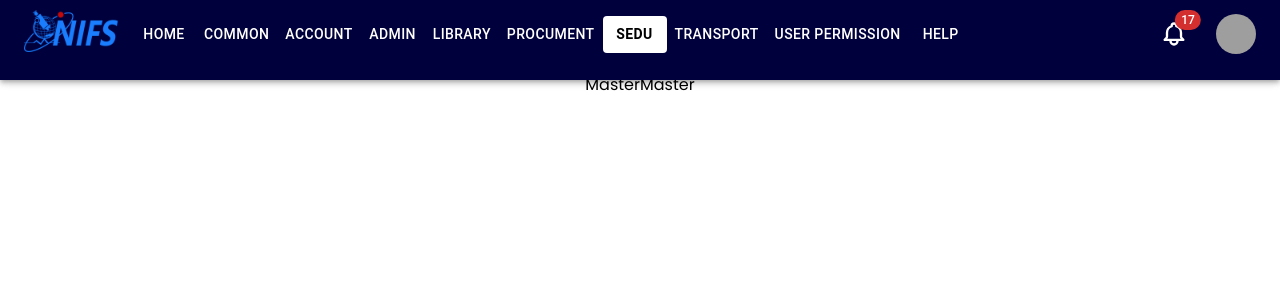
Repository: virangaj/NIFS-WebApp
Page: /sedu (app in client/)
The author's editor kept a copy of each file at every save. The page is drawn from the files as they stood at one save, then again after the next save.
The browser window is 1280 px wide. The pictures show the whole page.
Pictures or frames that could not be fetched are drawn as grey boxes. The project was rebuilt for these pictures with package versions that can differ from the ones it lists, and the page was loaded fresh each time. Also part of the build but not shown: client/src/pages/Login.tsx, client/src/pages/Home.tsx, client/src/components/Transport/shared/TransportNavbar.js, client/src/pages/TransportMainPage.tsx, client/src/pages/CommonMainPage.tsx, client/src/pages/AccountMainPage.tsx, client/src/pages/AdminMainPage.tsx, client/src/pages/LibraryMainPage.js and 4 more.

Above is the page before, as saved 2022-07-27 00:37:09.

### client/public/index.html
<!DOCTYPE html>
<html lang="en">
	<head>
		<meta charset="utf-8" />
		<link rel="icon" href="nifs_logo.png" />
		<meta name="viewport" content="width=device-width, initial-scale=1" />
		<meta name="theme-color" content="#000000" />
		<meta
			name="description"
			content="Web site created using create-react-app"
		/>
		<link rel="apple-touch-icon" href="%PUBLIC_URL%/logo192.png" />
		<!--
      manifest.json provides metadata used when your web app is installed on a
      user's mobile device or desktop. See https://developers.google.com/web/fundamentals/web-app-manifest/
    -->
		<link rel="manifest" href="%PUBLIC_URL%/manifest.json" />
		<!--
      Notice the use of %PUBLIC_URL% in the tags above.
      It will be replaced with the URL of the `public` folder during the build.
      Only files inside the `public` folder can be referenced from the HTML.

      Unlike "/favicon.ico" or "favicon.ico", "%PUBLIC_URL%/favicon.ico" will
      work correctly both with client-side routing and a non-root public URL.
      Learn how to configure a non-root public URL by running `npm run build`.
    -->
		<link
			href="https://fonts.googleapis.com/css?family=Poppins"
			rel="stylesheet"
		/>
		<title>NIFS Dashboard</title>
	</head>
	<body>
		<noscript>You need to enable JavaScript to run this app.</noscript>
		<div id="root"></div>
		<!--
      This HTML file is a template.
      If you open it directly in the browser, you will see an empty page.

      You can add webfonts, meta tags, or analytics to this file.
      The build step will place the bundled scripts into the <body> tag.

      To begin the development, run `npm start` or `yarn start`.
      To create a production bundle, use `npm run build` or `yarn build`.
    -->
	</body>
</html>

### client/src/index.css
* {
  margin: 0;
}

body {
  font-family: 'Poppins';
  -webkit-font-smoothing: antialiased;
  -moz-osx-font-smoothing: grayscale;
}

:root {
  --main-navbar-back: #00003c;

}


.nav-logo {
  width: 100px;
  height: auto;
}

/* main navbar */
.main-navbar {
  background-color: var(--main-navbar-back) !important;
  width: 100% !important;
  height: 80px !important;

}



/* secondary navbar */
.secondary-navbar {
  margin-top: 10vh !important;
  margin: auto;
}

.flex-section {
  display: flex;
  justify-content: center;
}

/* body content */
.body-content {
  margin: auto;
  width: 90%;
  margin-top: 10vh;

}

.sub-body-content {
  margin: auto;
  width: 90%;
  margin-top: 3vh;
}

### client/src/App.tsx
import React, { useEffect } from 'react';
import Navbar from './components/shared/Navbar';
import Login from './pages/Login'
import { BrowserRouter as Router, Route, Routes } from 'react-router-dom'
import Home from './pages/Home';
import TransportMainPage from './pages/TransportMainPage';
import CommonMainPage from './pages/CommonMainPage';
import AccountMainPage from './pages/AccountMainPage';
import AdminMainPage from './pages/AdminMainPage';
import LibraryMainPage from './pages/LibraryMainPage';
import ProcumentMainPage from './pages/ProcumentMainPage';
import SeduMainPage from './pages/SeduMainPage';
import UserPermissionMainPage from './pages/UserPermissionMainPage';
import NotificationMainPage from './pages/NotificationMainPage';
import HelpMainPage from './pages/HelpMainPage';

function App() {


  return (
    <Router>
      <Navbar />
      <Routes>

        <Route path="/login" element={<Login />} />
        <Route path="/" element={<Home />} />
        <Route path="/common/*" element={<CommonMainPage />} />
        <Route path="/account/*" element={<AccountMainPage />} />
        <Route path="/admin/*" element={<AdminMainPage />} />
        <Route path="/library/*" element={<LibraryMainPage />} />
        <Route path="/procument/*" element={<ProcumentMainPage />} />
        <Route path="/sedu/*" element={<SeduMainPage />} />
        <Route path="/transport/*" element={<TransportMainPage />} />
        <Route
          path="/user-permission/*"
          element={<UserPermissionMainPage />}
        />
        <Route
          path="/notification/*"
          element={<NotificationMainPage />}
        />
        <Route path="/help/*" element={<HelpMainPage />} />
      </Routes>


    </Router>
  );
}

export default App;

### client/src/components/shared/Navbar.tsx
import * as React from 'react';
import AppBar from '@mui/material/AppBar';
import Box from '@mui/material/Box';
import Toolbar from '@mui/material/Toolbar';
import IconButton from '@mui/material/IconButton';
import Typography from '@mui/material/Typography';
import Menu from '@mui/material/Menu';
import Container from '@mui/material/Container';
import Avatar from '@mui/material/Avatar';
import Button from '@mui/material/Button';
import Tooltip from '@mui/material/Tooltip';
import MenuItem from '@mui/material/MenuItem';
import { HiMenuAlt2, HiOutlineBell } from "react-icons/hi";
import Badge from '@mui/material/Badge';
import Logo from '../../images/nifs_logo.png'
import { Link, useLocation } from 'react-router-dom';
const pages = [
    {
        id: 0,
        title: 'Home',
        link: '/',
    },
    {
        id: 1,
        title: 'Common',
        link: '/common',
    },
    {
        id: 2,
        title: 'Account',
        link: '/account',
    },
    {
        id: 3,
        title: 'Admin',
        link: '/admin',
    },
    {
        id: 4,
        title: 'Library',
        link: '/library',
    },
    {
        id: 5,
        title: 'Procument',
        link: '/procument',
    },
    {
        id: 6,
        title: 'SEDU',
        link: '/sedu',
    },
    {
        id: 7,
        title: 'Transport',
        link: '/transport',
    },
    {
        id: 8,
        title: 'User Permission',
        link: '/user-permission',
    },
    // {
    //     id: 9,
    //     title: 'Notification',
    //     link: '/notification',
    // },
    {
        id: 10,
        title: 'Help',
        link: '/help',
    },
];
const settings = [
    {
        id: 0,
        title: 'Login',
        link: '/login',
    },
];
const Navbar = () => {

    const location: any = useLocation();
    console.log(location.pathname.split('/')[1])


    const [anchorElNav, setAnchorElNav] = React.useState<null | HTMLElement>(null);
    const [anchorElUser, setAnchorElUser] = React.useState<null | HTMLElement>(null);

    const handleOpenNavMenu = (event: React.MouseEvent<HTMLElement>) => {
        setAnchorElNav(event.currentTarget);
    };
    const handleOpenUserMenu = (event: React.MouseEvent<HTMLElement>) => {
        setAnchorElUser(event.currentTarget);
    };

    const handleCloseNavMenu = () => {
        setAnchorElNav(null);
    };

    const handleCloseUserMenu = () => {
        setAnchorElUser(null);
    };

    return (
        <AppBar position="fixed" className="main-navbar">
            <Container maxWidth="xl">
                <Toolbar disableGutters>
                    {/*Responsive view start here  */}
                    <Box sx={{ display: { xs: 'none', md: 'flex' }, mr: 1 }}>
                        <Link to='/'>
                            <img src={Logo} alt="logo" className="nav-logo" />
                        </Link>
                    </Box>


                    <Box sx={{ flexGrow: 1, display: { xs: 'flex', md: 'none' } }}>
                        <IconButton
                            size="large"
                            aria-label="account of current user"
                            aria-controls="menu-appbar"
                            aria-haspopup="true"
                            onClick={handleOpenNavMenu}
                            color="inherit"
                        >
                            <HiMenuAlt2 />
                        </IconButton>
                        <Menu
                            id="menu-appbar"
                            anchorEl={anchorElNav}
                            anchorOrigin={{
                                vertical: 'bottom',
                                horizontal: 'left',
                            }}
                            keepMounted
                            transformOrigin={{
                                vertical: 'top',
                                horizontal: 'left',
                            }}
                            open={Boolean(anchorElNav)}
                            onClose={handleCloseNavMenu}
                            sx={{
                                display: { xs: 'block', md: 'none' },
                            }}
                        >
                            {pages && pages.map((page) => (
                                location.pathname.split('/')[1] === page.link.split('/')[1] ?
                                    <Link to={page.link} style={{ textDecoration: 'none' }} >
                                        <Button
                                            key={page.id}
                                            onClick={handleCloseNavMenu}
                                            sx={{ my: 2, color: 'white', display: 'block' }}
                                            style={{ backgroundColor: '#000', color: '#fff', fontWeight: 700 }}
                                        >
                                            {page.title}
                                        </Button>
                                    </Link>
                                    :
                                    <Link to={page.link} style={{ textDecoration: 'none' }} >
                                        <Button
                                            key={page.id}
                                            onClick={handleCloseNavMenu}
                                            sx={{ my: 2, color: 'white', display: 'block' }}
                                            style={{ backgroundColor: '#fff', color: '#000' }}
                                        >
                                            {page.title}
                                        </Button>
                                    </Link>
                            ))}
                        </Menu>
                    </Box>
                    {/* Responsive view ends here */}

                    {/* Full width starts here */}
                    <Box
                        sx={{
                            mr: 2,
                            display: { xs: 'flex', md: 'none' },
                            flexGrow: 1,
                        }}
                    >
                        <Link to='/'>
                            <img src={Logo} alt="logo" className="nav-logo" />
                        </Link>
                    </Box>

                    <Box sx={{ flexGrow: 1, display: { xs: 'none', md: 'flex' } }}>
                        {pages.map((page) => (
                            location.pathname.split('/')[1] === page.link.split('/')[1] ?
                                <Link to={page.link} style={{ textDecoration: 'none' }} >
                                    <Button
                                        key={page.id}
                                        onClick={handleCloseNavMenu}
                                        sx={{ my: 2, color: 'white', display: 'block' }}
                                        style={{ backgroundColor: '#fff', color: '#000', fontWeight: 700 }}


                                    >
                                        {page.title}
                                    </Button>
                                </Link>
                                :
                                <Link to={page.link} style={{ textDecoration: 'none' }} >
                                    <Button
                                        key={page.id}
                                        onClick={handleCloseNavMenu}
                                        sx={{ my: 2, color: 'white', display: 'block' }}

                                    >
                                        {page.title}
                                    </Button>
                                </Link>
                        ))}
                    </Box>
                    <IconButton
                        size="large"
                        aria-label="show 17 new notifications"
                        color="inherit"
                        sx={{ mr: 2 }}
                    >
                        <Badge badgeContent={17} color="error">
                            <HiOutlineBell />
                        </Badge>
                    </IconButton>
                    <Box sx={{ flexGrow: 0 }}>
                        <Tooltip title="Open settings">
                            <IconButton onClick={handleOpenUserMenu} sx={{ p: 0 }}>
                                <Avatar alt="Remy Sharp" src="/static/images/avatar/2.jpg" />
                            </IconButton>
                        </Tooltip>
                        <Menu
                            sx={{ mt: '45px' }}
                            id="menu-appbar"
                            anchorEl={anchorElUser}
                            anchorOrigin={{
                                vertical: 'top',
                                horizontal: 'right',
                            }}
                            keepMounted
                            transformOrigin={{
                                vertical: 'top',
                                horizontal: 'right',
                            }}
                            open={Boolean(anchorElUser)}
                            onClose={handleCloseUserMenu}
                        >
                            {settings && settings.map((setting) => (
                                <MenuItem key={setting.id} onClick={handleCloseUserMenu}>
                                    <Typography textAlign="center">{setting.title}</Typography>
                                </MenuItem>
                            ))}
                        </Menu>
                    </Box>
                </Toolbar>
            </Container>
        </AppBar>
    );
};
export default Navbar;

### client/src/pages/SeduMainPage.tsx
import React from 'react';
import { Route, Routes } from 'react-router-dom';
import SeduSecondaryNavbar from '../components/sedu/SeduSecondaryNavbar';
import SecondaryNavbar from '../components/shared/SecondaryNavbar';


// sedu main page where all other section of sedu department can be access from here
function SeduMainPage() {

	return <div>
		<SeduSecondaryNavbar />
		<div className="sub-body-content">
			<Routes>
				{/* <Route path="/" element={<NewRequest />} />
					<Route path="/recommend" element={<RecommendedRequest />} />
					<Route path="/approve" element={<ApproveRequest />} /> */}
			</Routes>
		</div>
	</div>;
}

export default SeduMainPage;

### client/src/components/sedu/SeduSecondaryNavbar.tsx
import { Box } from '@mui/material'
import React from 'react'

import { FaArtstation, FaApple, FaAppStoreIos } from "react-icons/fa";
function SeduSecondaryNavbar() {

    return (
        <Box sx={{ width: '90%' }} className="secondary-navbar flex-section">
            <div className='nav-flex-inside'>
                Master
            </div>
            <div className='nav-flex-inside'>
                Master
            </div>
        </Box>
    )
}

export default SeduSecondaryNavbar

Loaded but not shown: client/src/index.tsx (common file); client/src/reportWebVitals.ts (common file)

After the next save:
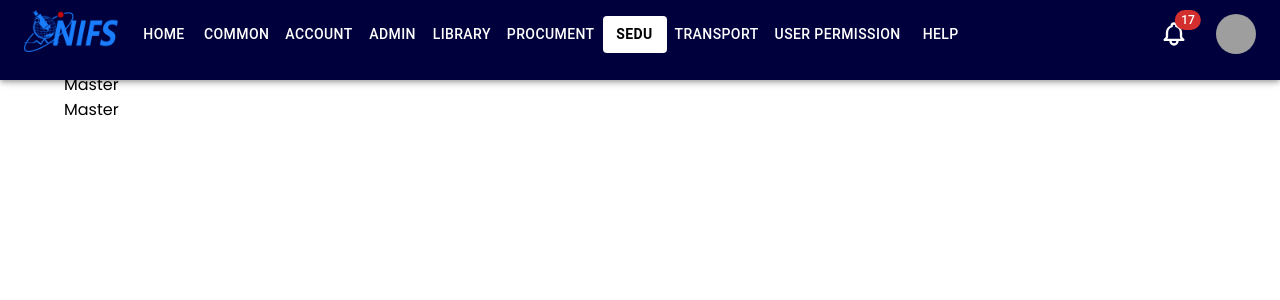
Saved 5 s later.
--- a/client/src/components/sedu/SeduSecondaryNavbar.tsx
+++ b/client/src/components/sedu/SeduSecondaryNavbar.tsx
@@ -5,7 +5,7 @@ import { FaArtstation, FaApple, FaAppStoreIos } from "react-icons/fa";
 function SeduSecondaryNavbar() {
 
     return (
-        <Box sx={{ width: '90%' }} className="secondary-navbar flex-section">
+        <Box sx={{ width: '90%' }} className="secondary-navbar nav-flex-section">
             <div className='nav-flex-inside'>
                 Master
             </div>

After the save that followed:
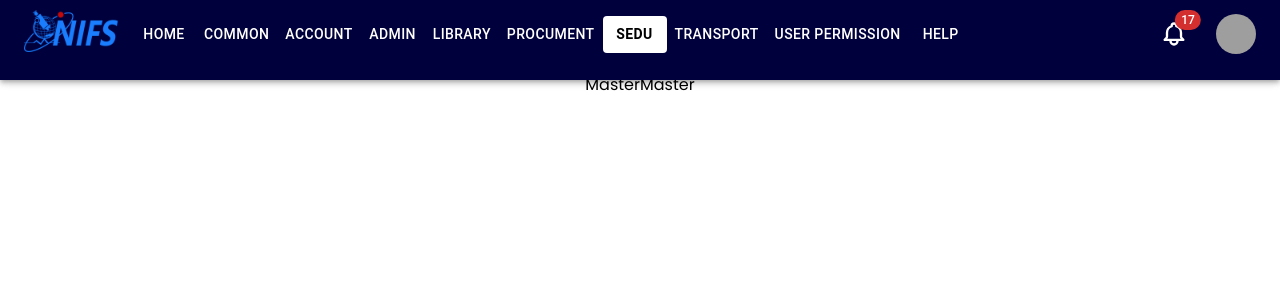
Saved 5 s later.
--- a/client/src/index.css
+++ b/client/src/index.css
@@ -35,7 +35,7 @@ body {
   margin: auto;
 }
 
-.flex-section {
+.nav-flex-section {
   display: flex;
   justify-content: center;
 }
